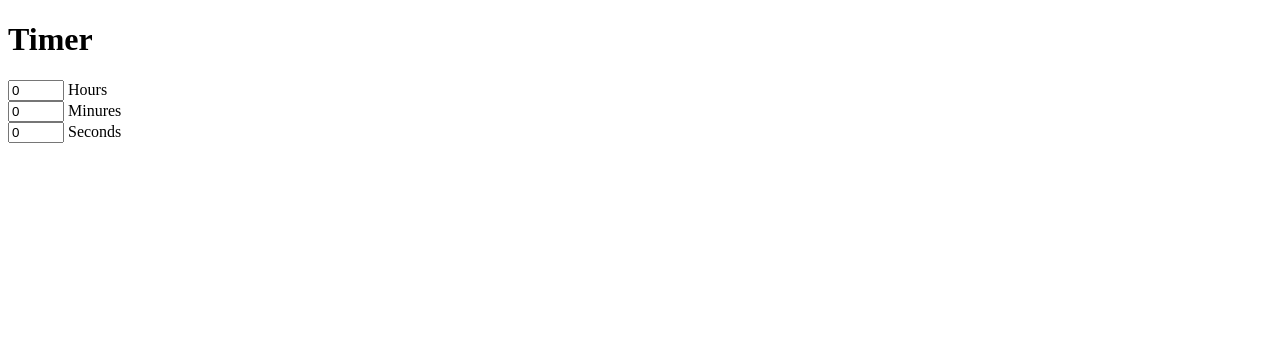
Repository: KrzysKolo/Projekt-12_Timer
Page: index.html
These files come from the project's save history. The page is drawn as it stood at one moment and after the next save; the edit follows.
The browser window is 1280 px wide. The pictures show the whole page.

Above is the page before, as saved 2020-06-24 18:00:27.

### index.html
<!DOCTYPE html>
<html lang="en">
  <head>
    <meta charset="UTF-8" />
    <meta name="viewport" content="width=device-width, initial-scale=1.0" />
    <title>Taimer</title>
    <link rel="stylesheet" href="./css/style.css" />
  </head>
  <body>
    <main class="timer">
      <header class="timer__header">
        <h1 class="timer__heading">
          Timer
        </h1>
        <article class="timer__clock">
          <!-- input hours-->
          <section class="clock">
            <input
              type="number"
              name="hours"
              id="hours"
              value="0"
              min="0"
              max="99"
              class="clock__input"
              data-timer-input__hours
            />
            <label for="hours" class="clock__label">Hours</label>
          </section>
          <!-- input minutes-->
          <section class="clock">
            <input
              type="number"
              name="minutes"
              id="minutes"
              value="0"
              min="0"
              max="59"
              class="clock__input"
              data-timer-input__minutes
            />
            <label for="minutes" class="clock__label">Minures</label>
          </section>
          <!-- input seconds -->
          <section class="clock">
            <input
              type="number"
              name="seconds"
              id="seconds"
              value="0"
              min="0"
              max="59"
              class="clock__input"
              data-timer-input__seconds
            />
            <label for="seconds" class="clock__label">Seconds</label>
          </section>
        </article>
      </header>
    </main>
  </body>
</html>

Loaded but not shown: css/style.css (no stored copy; drawn as an empty file)

After the next save:
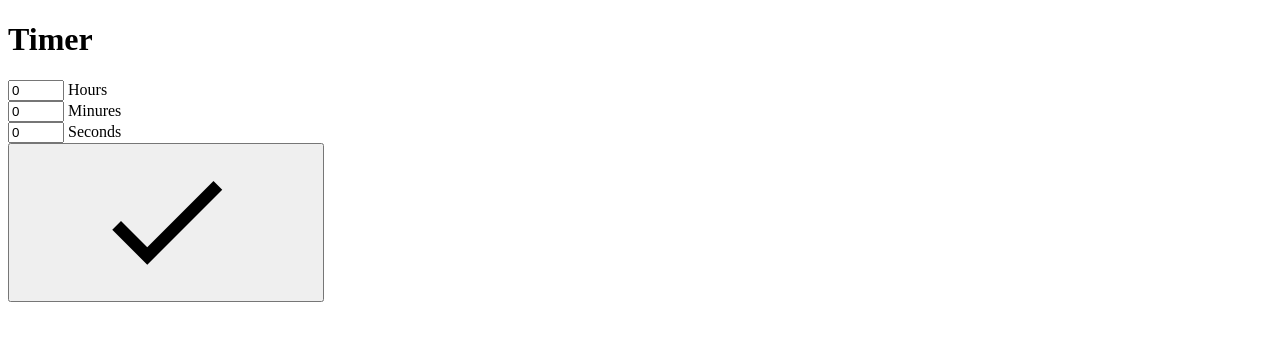
Saved 14 min 27 s later.
--- a/index.html
+++ b/index.html
@@ -12,51 +12,58 @@
         <h1 class="timer__heading">
           Timer
         </h1>
-        <article class="timer__clock">
-          <!-- input hours-->
-          <section class="clock">
-            <input
-              type="number"
-              name="hours"
-              id="hours"
-              value="0"
-              min="0"
-              max="99"
-              class="clock__input"
-              data-timer-input__hours
-            />
-            <label for="hours" class="clock__label">Hours</label>
-          </section>
-          <!-- input minutes-->
-          <section class="clock">
-            <input
-              type="number"
-              name="minutes"
-              id="minutes"
-              value="0"
-              min="0"
-              max="59"
-              class="clock__input"
-              data-timer-input__minutes
-            />
-            <label for="minutes" class="clock__label">Minures</label>
-          </section>
-          <!-- input seconds -->
-          <section class="clock">
-            <input
-              type="number"
-              name="seconds"
-              id="seconds"
-              value="0"
-              min="0"
-              max="59"
-              class="clock__input"
-              data-timer-input__seconds
-            />
-            <label for="seconds" class="clock__label">Seconds</label>
-          </section>
-        </article>
       </header>
+      <article class="timer__clock">
+        <!-- input hours-->
+        <section class="clock">
+          <input
+            type="number"
+            name="hours"
+            id="hours"
+            value="0"
+            min="0"
+            max="99"
+            class="clock__input"
+            data-timer-input__hours
+          />
+          <label for="hours" class="clock__label">Hours</label>
+        </section>
+        <!-- input minutes-->
+        <section class="clock">
+          <input
+            type="number"
+            name="minutes"
+            id="minutes"
+            value="0"
+            min="0"
+            max="59"
+            class="clock__input"
+            data-timer-input__minutes
+          />
+          <label for="minutes" class="clock__label">Minures</label>
+        </section>
+        <!-- input seconds -->
+        <section class="clock">
+          <input
+            type="number"
+            name="seconds"
+            id="seconds"
+            value="0"
+            min="0"
+            max="59"
+            class="clock__input"
+            data-timer-input__seconds
+          />
+          <label for="seconds" class="clock__label">Seconds</label>
+        </section>
+      </article>
+      <article class="timer__buttons">
+        <button class="button">
+          <svg class="button__icon">
+            <use xlink:href="./assets/icons/sprite.svg#done-24px"
+          </svg>
+        </button>
+      </article>
     </main>
   </body>
 </html>
